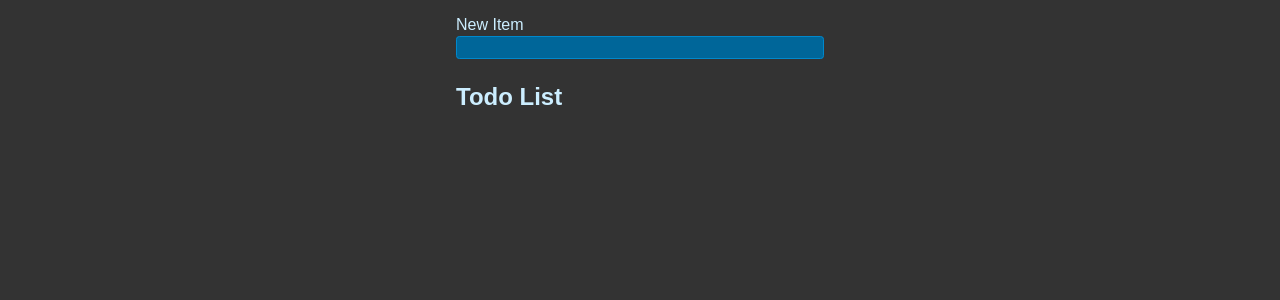
Repository: mix060514/react-bilibili-tutorial
Page: /
The author's editor kept a copy of each file at every save. The page is drawn from the files as they stood at one save, then again after the next save.
The browser window is 1280 px wide. The pictures show the whole page.
The project was rebuilt for these pictures with package versions that can differ from the ones it lists, and the page was loaded fresh each time. Also part of the build but not shown: vite.config.js.

Above is the page before, as saved 2023-12-03 21:56:03.

After the next save:
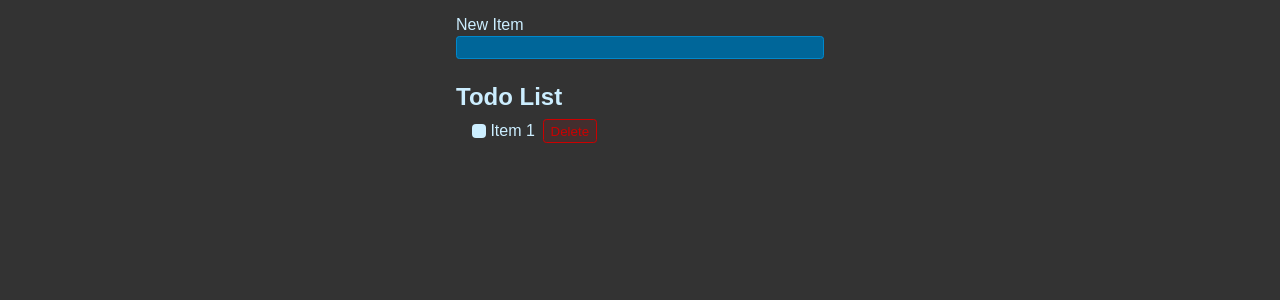
Saved 73 s later.
--- a/src/App.jsx
+++ b/src/App.jsx
@@ -12,7 +12,12 @@ export default function App() {
       </form>
       <h1 className="header">Todo List</h1>
       <ul className="list">
-
+        <li>
+          <label>
+            <input type="checkbox" /> Item 1
+          </label>
+          <button className="btn btn-danger">Delete</button>
+        </li>
       </ul>
     </>
   )
